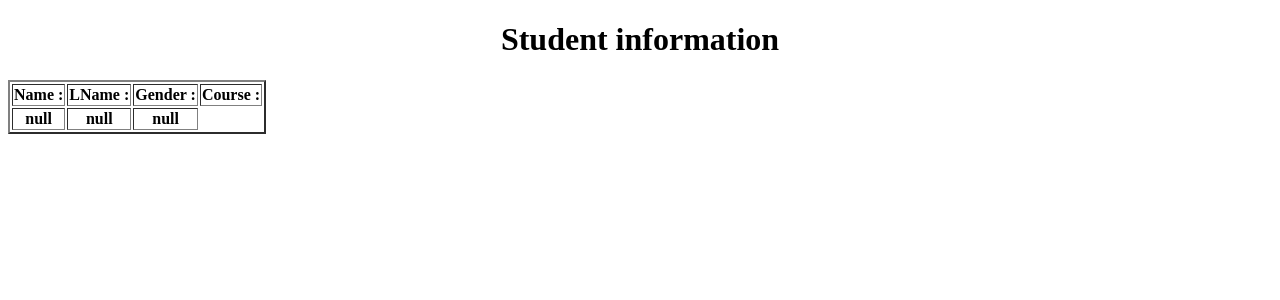
Repository: akale1992/Learning-HIBERNATE-SERVLETS
Page: http://localhost/jspdemo/
An editor plug-in stored every save of this project. The page is shown before and after the next save, followed by the edit.
The browser window is 1280 px wide. The pictures show the whole page.
The page is served by Tomcat 9.

Above is the page before, as saved 2015-09-15 04:49:09.

After the next save:
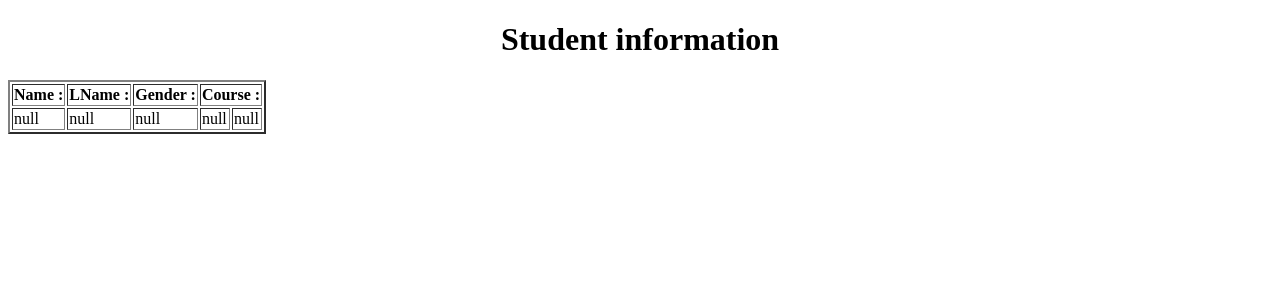
Saved 104 s later.
--- a/jspdemo/WebContent/index.jsp
+++ b/jspdemo/WebContent/index.jsp
@@ -22,9 +22,11 @@
 <th>Gender :</th>
 <th colspan="3"> Course :</th>
 </tr>
-<tr><th><%=fname %></th>
-<th> <%=lname %></th>
-<th><%=gender %></th>
+<tr><td><%=fname %></td>
+<td> <%=lname %></td>
+<td><%=gender %></td>
+<td><%=course1 %></td>
+<td><%=course2 %></td>
 </tr>
 </table>
 
